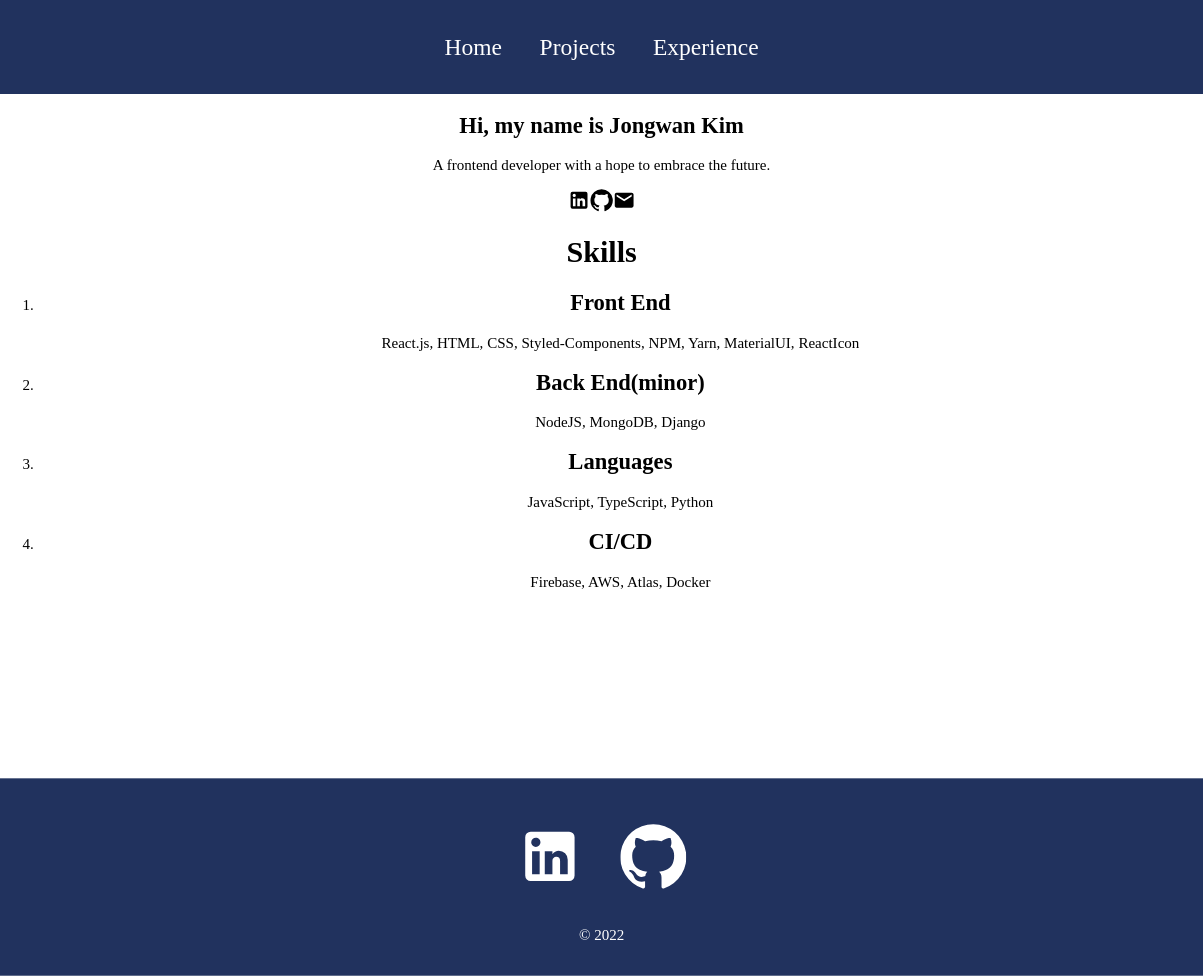
Repository: mireu-san/jw-personal-page
Page: /
The author's editor kept a copy of each file at every save. The page is drawn from the files as they stood at one save, then again after the next save.
The browser window is 1280 px wide. The pictures show the whole page, at 94% of full size.
The project was rebuilt for these pictures with package versions that can differ from the ones it lists, and the page was loaded fresh each time. Also part of the build but not shown: src/pages/Experience.js, src/pages/Projects.js.

Above is the page before, as saved 2022-11-09 17:19:11.

After the next save:
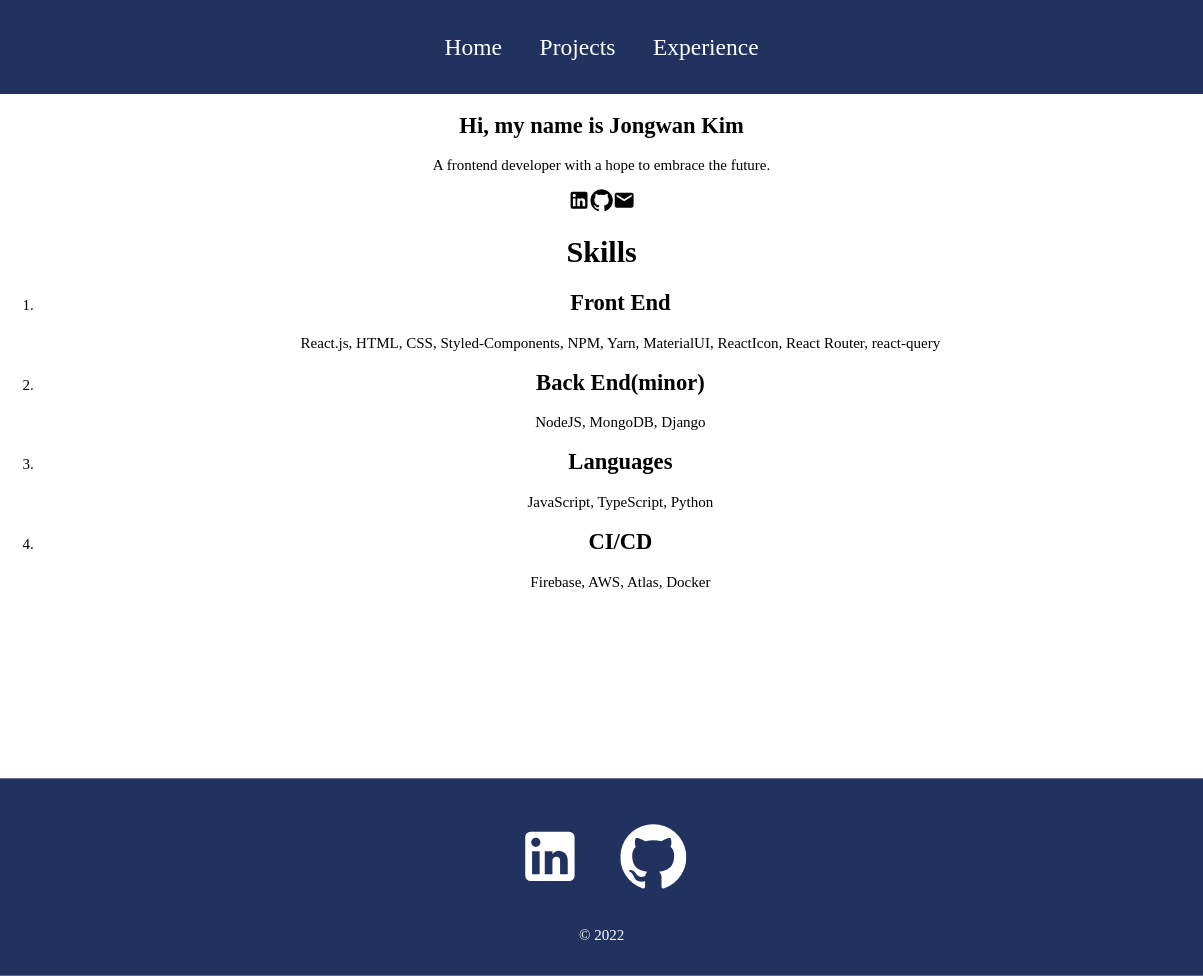
Saved 16 s later.
--- a/src/pages/Home.js
+++ b/src/pages/Home.js
@@ -23,7 +23,7 @@ function Home() {
             <h2>Front End</h2>
             <span>
               React.js, HTML, CSS, Styled-Components, NPM, Yarn, MaterialUI,
-              ReactIcon
+              ReactIcon, React Router, react-query
             </span>
           </li>
           <li className="item">
